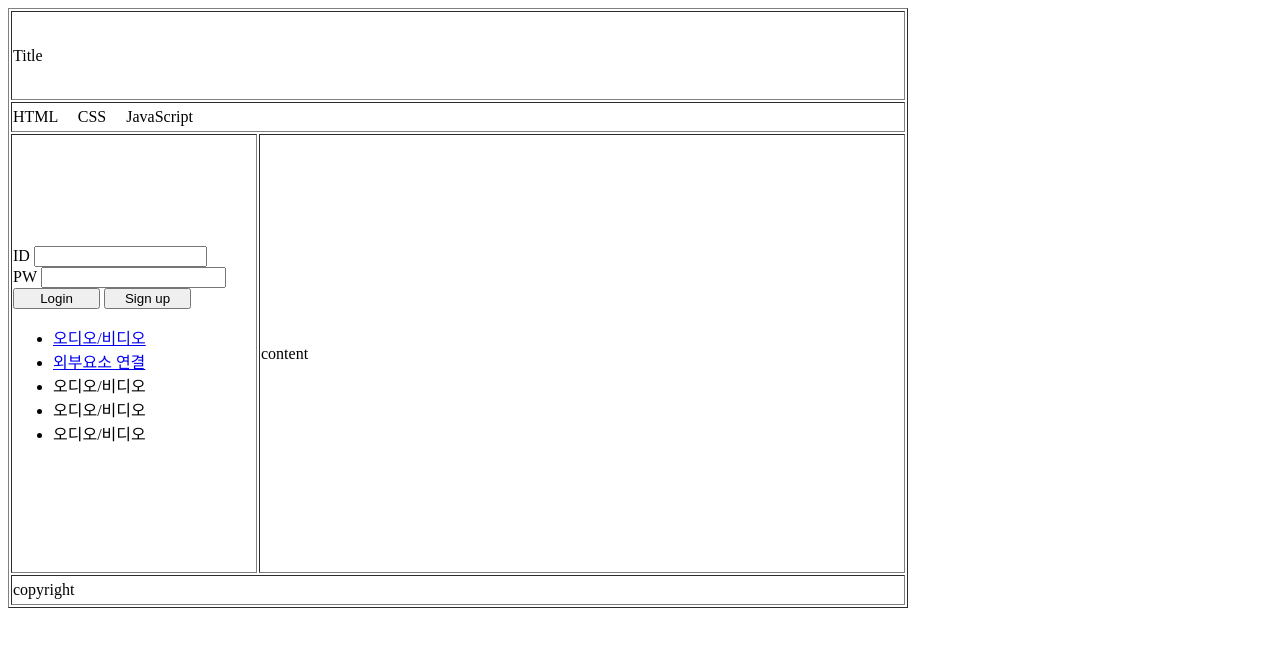
Repository: Hwangjiwon/MultiCampus
Page: http://localhost/2Study/jsp/login_ok.jsp
The author's editor kept a copy of each file at every save. The page is drawn from the files as they stood at one save, then again after the next save.
The browser window is 1280 px wide. The pictures show the whole page.
The page is served by Tomcat 9.

Above is the page before, as saved 2019-05-31 00:55:33.

After the next save:
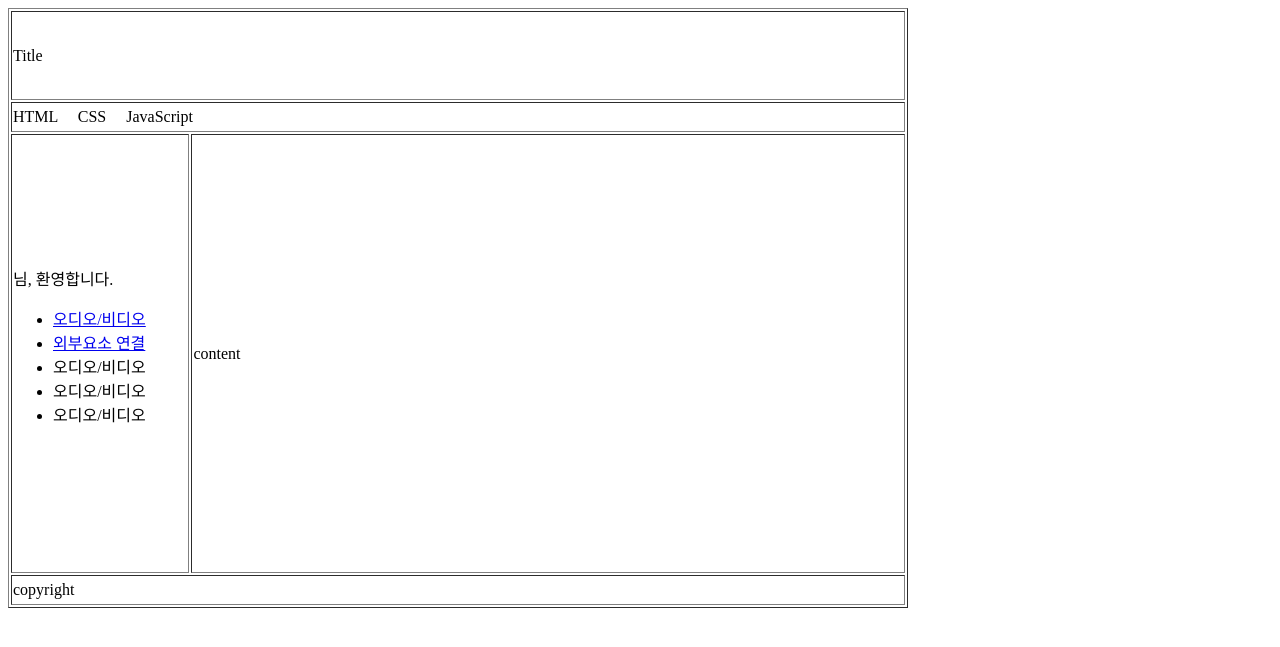
Saved 103 s later.
--- a/2Study/WebContent/jsp/login_ok.jsp
+++ b/2Study/WebContent/jsp/login_ok.jsp
@@ -3,6 +3,20 @@
 
 <!-- 상대경로로 표현 -->
 <jsp:include page="header.jsp"></jsp:include>
-<jsp:include page="side.jsp"></jsp:include>
+
+<tr>
+	<td width="20%">
+		${username}님, 환영합니다.
+		<ul>
+
+			<!-- Context명부터 써줘서 절대경로화! /프로젝트명/... -->
+			<li><a href="/2Study/jsp/audio_video.jsp">오디오/비디오</a></li>
+			<li><a href="/2Study/jsp/iframe.jsp">외부요소 연결</a></li>
+			<li>오디오/비디오</li>
+			<li>오디오/비디오</li>
+			<li>오디오/비디오</li>
+		</ul>
+	</td>
+
 <jsp:include page="content.jsp"></jsp:include>
 <jsp:include page="copyright.jsp"></jsp:include>
